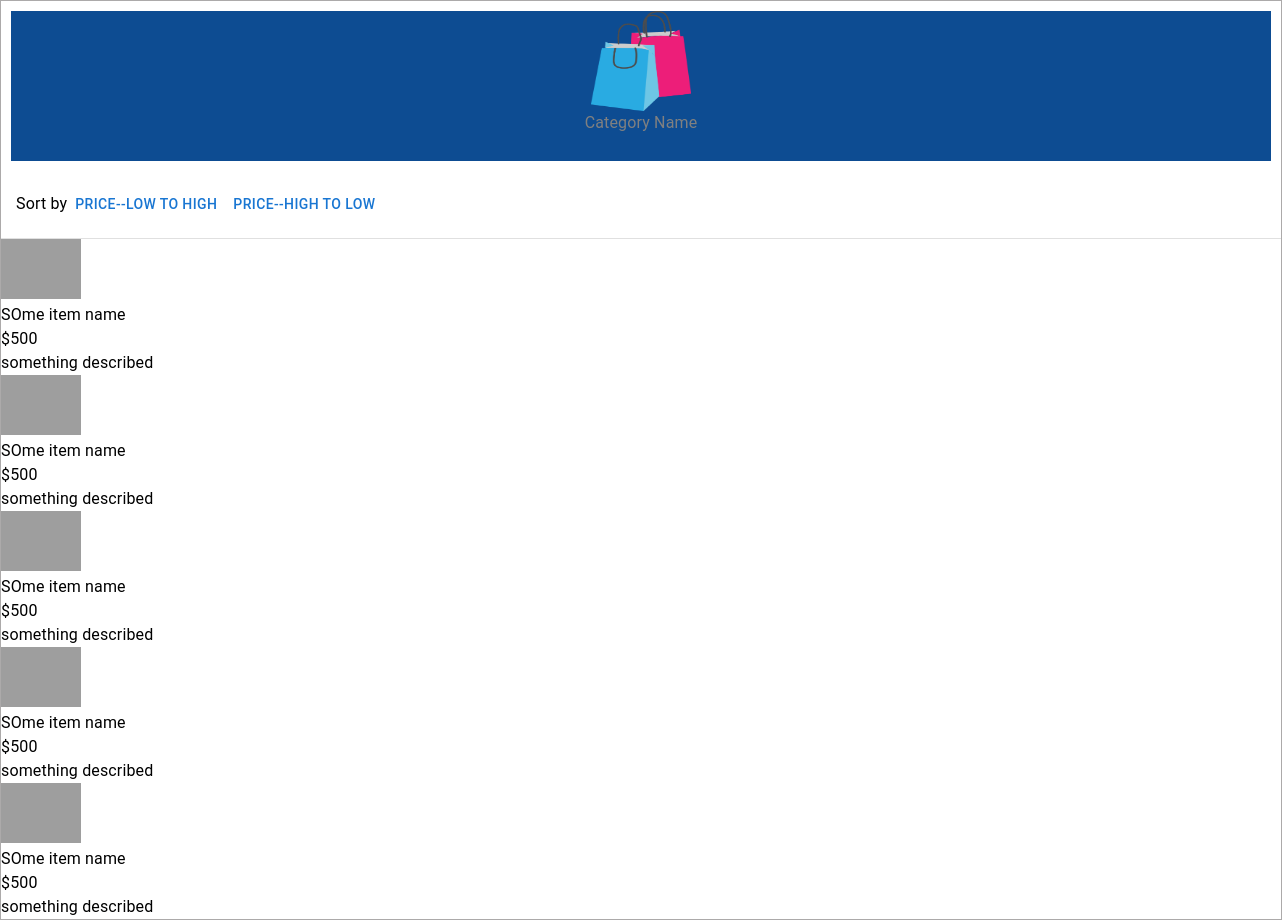
Repository: robin-fareye/reactjs-frontend-flipzone
Page: /
These files come from the project's save history. The page is drawn as it stood at one moment and after the next save; the edit follows.
The browser window is 1280 px wide. The page is 1282 px wide, so the pictures cover 1282 px, including what lies to the right of the window. The pictures show the whole page.
Pictures or frames that could not be fetched are drawn as grey boxes. The project was rebuilt for these pictures with package versions that can differ from the ones it lists, and the page was loaded fresh each time. Also part of the build but not shown: src/App.css, src/component/auth/Login.css, src/api/Login.js, src/component/auth/Login.js, src/component/category/Category.js, src/component/header/Header.css, src/component/header/Header.js, src/component/helper/Slide.css and 7 more.

Above is the page before, as saved 2022-11-14 19:33:31.

After the next save:
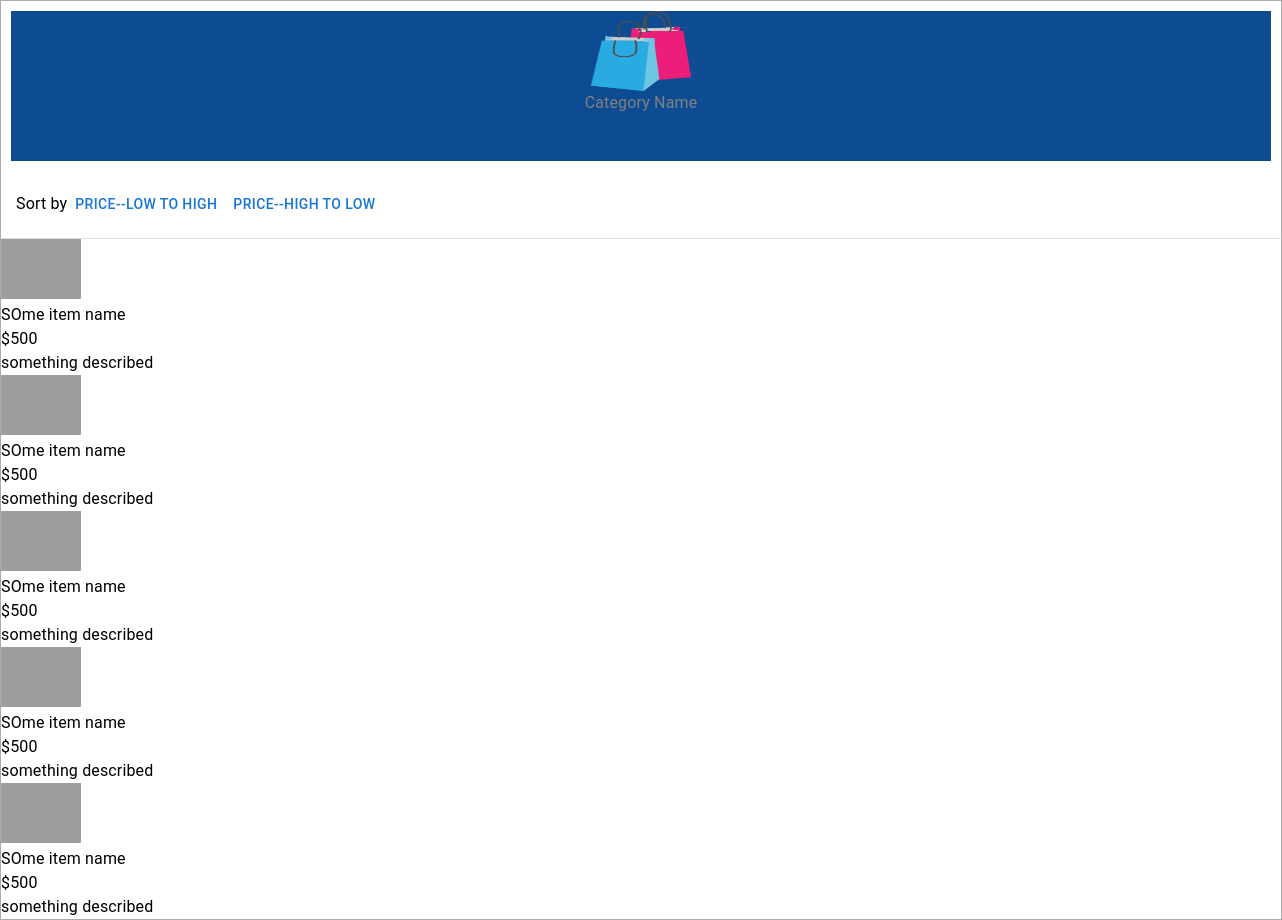
Saved 8 s later.
--- a/src/component/ProductCatalogue/ProductCatalouge.css
+++ b/src/component/ProductCatalogue/ProductCatalouge.css
@@ -26,7 +26,7 @@
     align-items: center;
 }
 .cat-image{
-    height: 100px;
+    height: 80px;
 }
 .cat-name{
     font-size: 40px;
